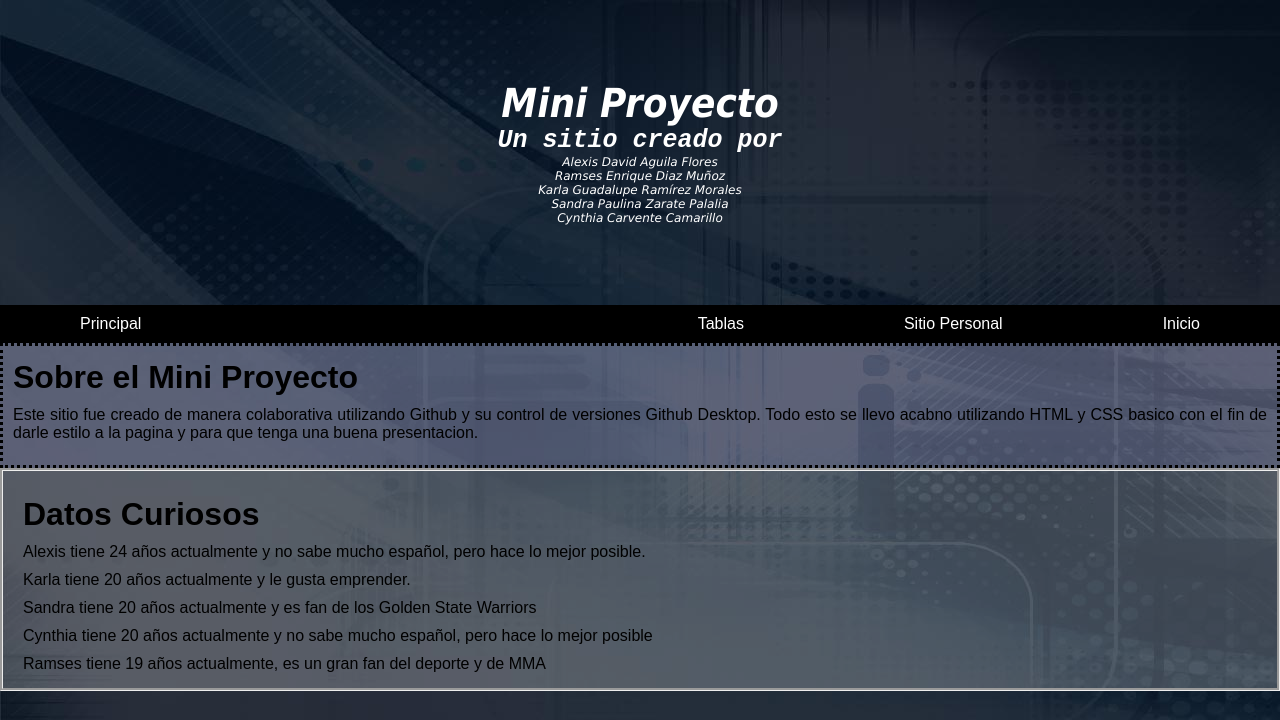
Repository: Dogueen/miniProyectoUniversidad
Page: miniProyecto/principal.html
An editor plug-in stored every save of this project. The page is shown before and after the next save, followed by the edit.
The browser window is 1280 px wide. The pictures show the whole page.

Above is the page before, as saved 2023-10-31 19:26:36.

### miniProyecto/principal.html
<!DOCTYPE html>
<html lang="es">

<head>
    <title>Ejemplo de un Website</title>
    <meta charset="UTF-8">
    <meta name="viewport" content="width=device-width, initial-scale=1">
    <link rel="stylesheet" type="text/css" href="styles/principal.css" />

    <style>
    </style>
</head>

<body>

    <div class="header">
        <h1>Mini Proyecto</h1>
        <h2> Un sitio creado por</h2>
        <dl>
            <dt>Alexis David Aguila Flores</dt>
            <dt>Ramses Enrique Diaz Muñoz</dt>
            <dt>Karla Guadalupe Ramírez Morales</dt>
            <dt>Sandra Paulina Zarate Palalia</dt>
            <dt>Cynthia Carvente Camarillo</dt>
        </dl>
    </div>

    <div class="navbar">
        <a href="pages/inicio.html">Inicio</a>
        <a href="pages/personal.html">Sitio Personal</a>
        <a href="pages/tablas.html">Tablas</a>
        <a href="principal.html" class="left">Principal</a>
    </div>

    <div class="row">
        <d class="side">
            <h1>Sobre el Mini Proyecto</h1>
            <p class="parat">Este sitio fue creado de manera colaborativa utilizando Github y su control de
                versiones Github Desktop. Todo esto se llevo acabno utilizando HTML y CSS
                basico con el fin de darle estilo a la pagina y para que tenga una buena presentacion.
            </p class="parat">
    </div>
    <div class="main">
        <h1>Datos Curiosos</h1>
        <p class="parat">Alexis tiene 24 años actualmente y no sabe mucho español, pero hace
            lo mejor posible.
        </p class="parat">
        <p class="parat">Karla tiene 20 años actualmente y le gusta emprender.</p class="parat">
        <p class="parat">Sandra tiene 20 años actualmente y es fan de los Golden State Warriors</p class="parat">
        <p class="parat">Cynthia tiene 20 años actualmente y no sabe mucho español, pero hace
            lo mejor posible
        </p class="parat">
        <p class="parat">Ramses tiene 19 años actualmente, es un gran fan del deporte y de MMA</p class="parat">
    </div>
    </div>

</body>

</html>

### miniProyecto/styles/principal.css
/* Global Styles */
* {
    box-sizing: border-box;
    margin: 0;
    padding: 0;
}

body {
    background-image: url("../images/bg-img.jpg");
    margin: 0;
    font-family: Arial, sans-serif;
}

/* Header Styles */
.header {
    padding: 80px;
    text-align: center;
    color: white;
}

.header h1 {
    font-size: 40px;
    font-style: italic;
    font-family: Tahoma;
}

.header h2 {
    font-size: 25px;
    font-style: italic;
    font-family: monospace;
}

.header dl {
    font-size: 12px;
    font-style: italic;
    font-family: Verdana, Geneva, Tahoma, sans-serif;
}

/* Navbar Styles */
.navbar {
    overflow: hidden;
    background-color: #000000;
}

.navbar a {
    float: right;
    display: block;
    color: white;
    text-align: center;
    padding: 10px 80px;
    text-decoration: none;
}

.navbar a:hover {
    background-color: #ddd;
    color: black;
}

.navbar a.left {
    float: left;
}

/* Paragraph Styles */
.parat {
    /* top | right | bottom | left */
    margin: 10px auto 10px auto;
    text-align: justify;
    text-justify: auto;
}

/* Flexbox Layout */
.row {
    display: flex;
    flex-wrap: nowrap;
}

.side {
    flex: 1;
    background-color: rgba(173, 173, 205, 0.407);
    padding: 1% 10px;
    border-style: dotted;
}

.main {
    flex: 1;
    background-color: rgba(241, 241, 242, 0.24);
    /* top | right | bottom | left */
    padding: 25px 0px 5px 20px;
    border-style: groove;
}

/* Media Queries for Responsive Design */
@media screen and (max-width: 700px) {
    .row {
        flex-direction: column;
    }
}

@media screen and (max-width: 400px) {
    .navbar a {
        float: none;
        width: 100%;
    }
}

After the next save:
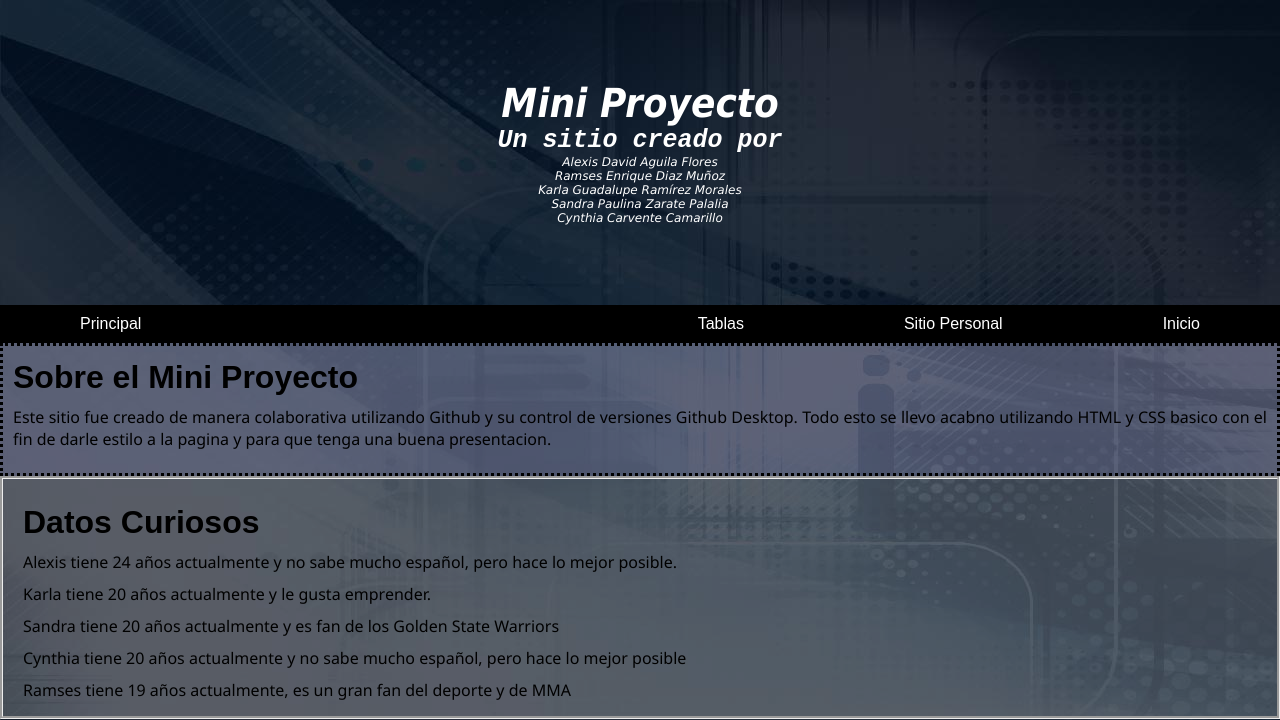
Saved 88 s later.
--- a/miniProyecto/styles/principal.css
+++ b/miniProyecto/styles/principal.css
@@ -66,6 +66,7 @@ body {
     margin: 10px auto 10px auto;
     text-align: justify;
     text-justify: auto;
+    font-family: 'Segoe UI', Tahoma, Geneva, Verdana, sans-serif;
 }
 
 /* Flexbox Layout */
